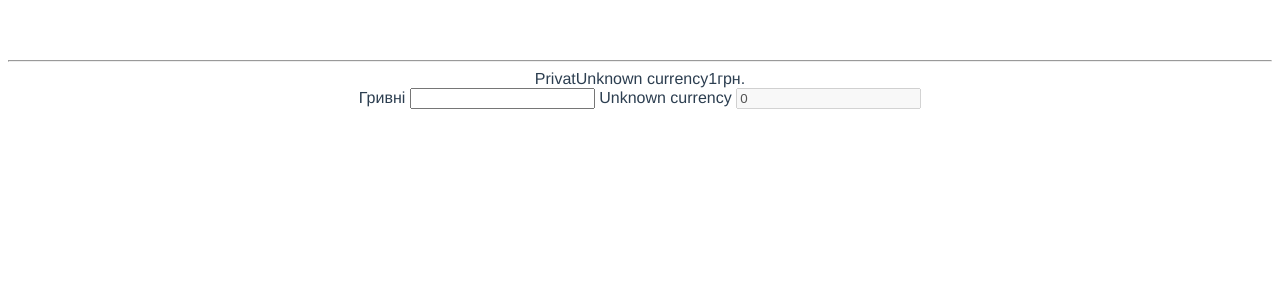
Repository: KYUUBI-K/HTML
Page: / (app in За 2 курс/VUe.js/kichen/)
These files come from the project's save history. The page is drawn as it stood at one moment and after the next save; the edit follows.
The browser window is 1280 px wide. The pictures show the whole page.
The project was rebuilt for these pictures with package versions that can differ from the ones it lists, and the page was loaded fresh each time.

Above is the page before, as saved 2021-09-15 12:05:03.

After the next save:
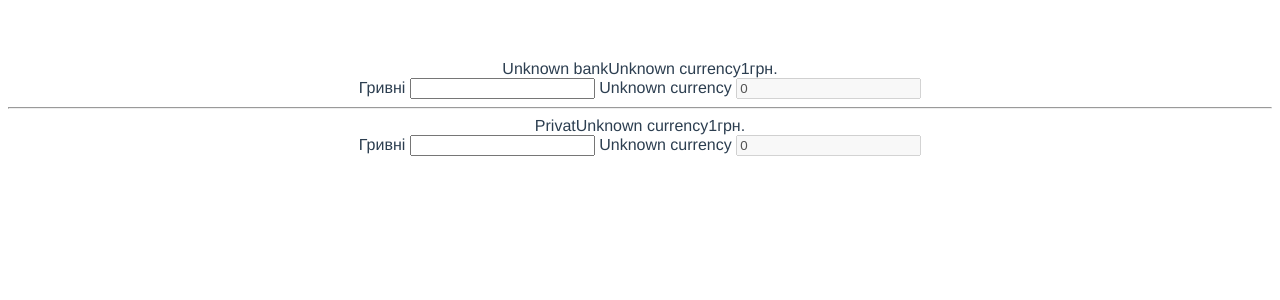
Saved 5 s later.
--- a/За 2 курс/VUe.js/kichen/src/App.vue
+++ b/За 2 курс/VUe.js/kichen/src/App.vue
@@ -1,5 +1,6 @@
 <template>
   <div id="app">
+<converter/>
 <hr>
 <converter
   bank-title = 'Privat'
